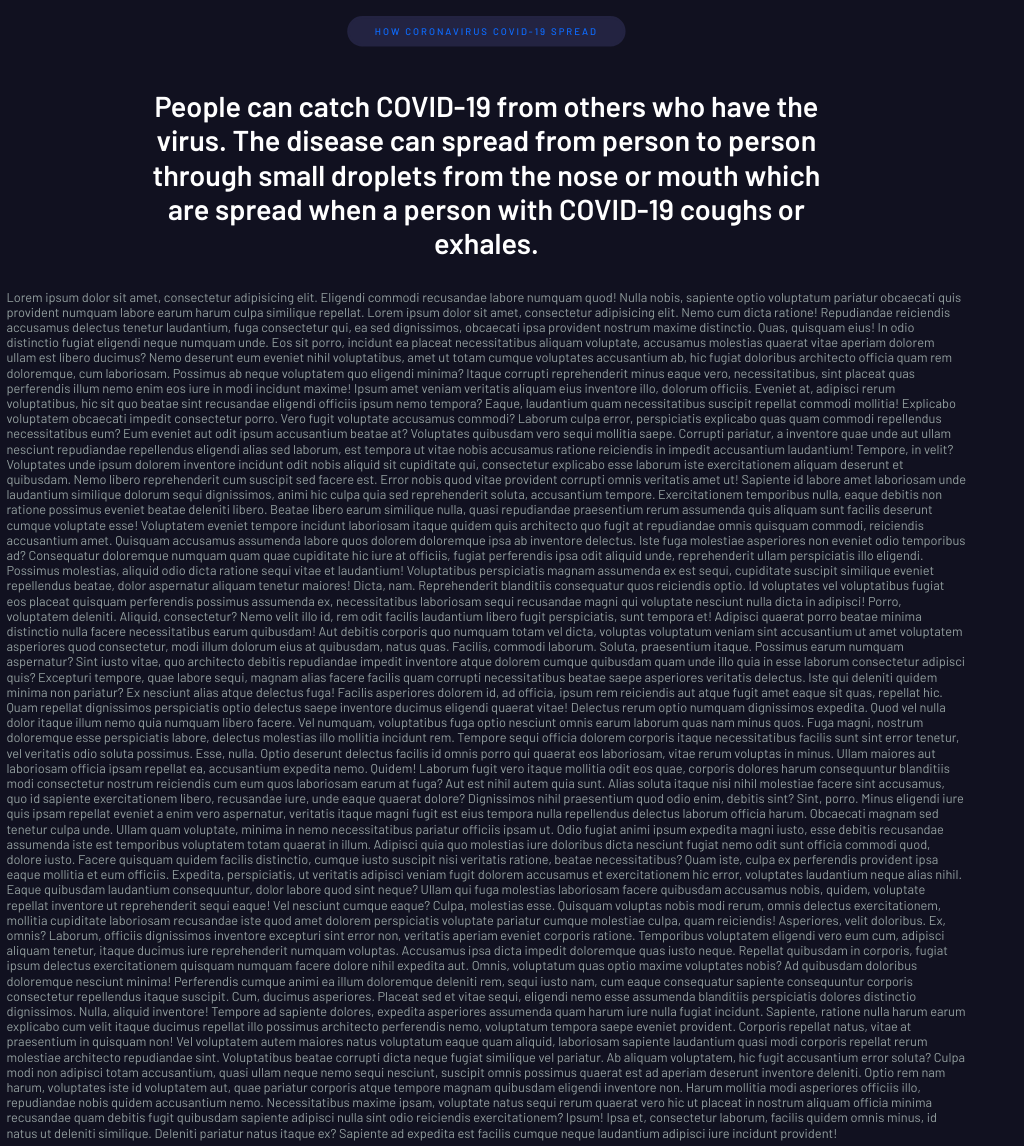
Repository: sitikhusushan/corona_updates
Page: single.html
An editor plug-in stored every save of this project. The page is shown before and after the next save, followed by the edit.
The browser window is 1280 px wide. The pictures show the whole page, at 80% of full size.

Above is the page before, as saved 2020-06-13 16:54:21.

After the next save:
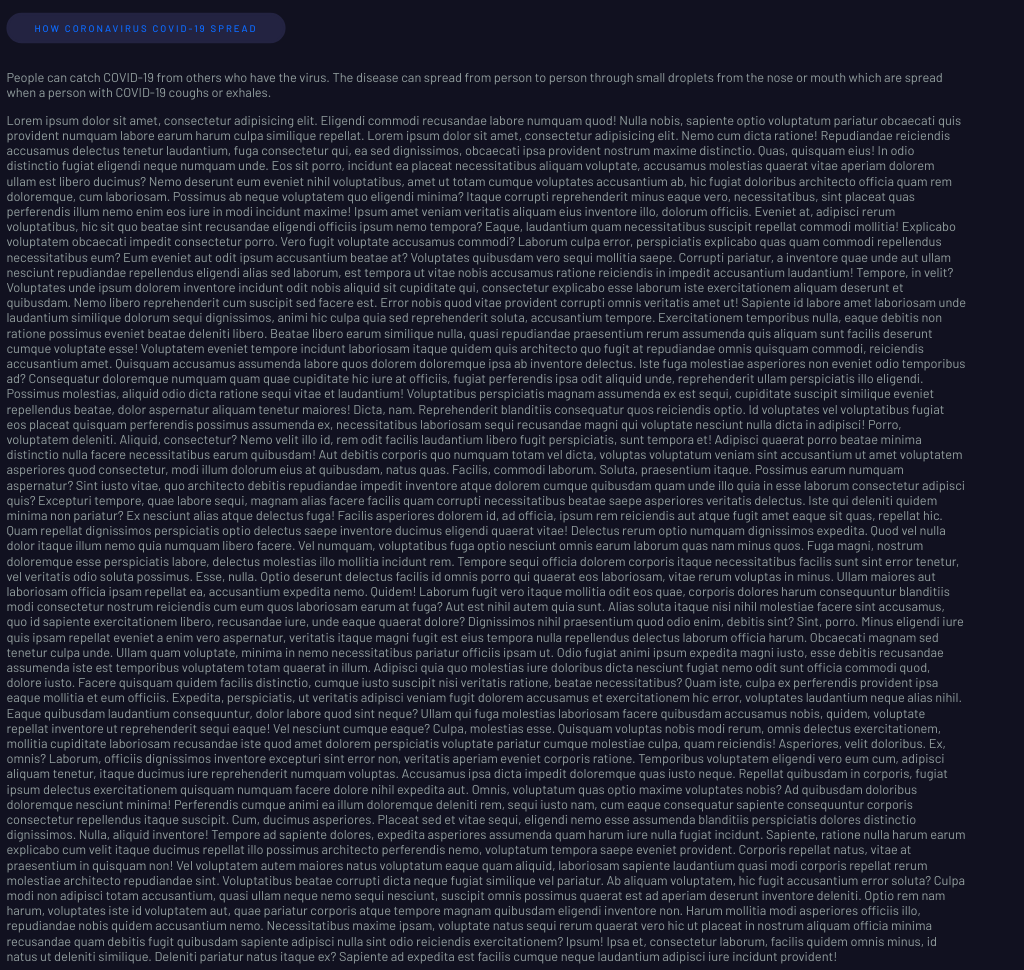
Saved 34 s later.
--- a/style.css
+++ b/style.css
@@ -318,7 +318,7 @@
 
 /* transmission of css starts from here */
 
-.main-title {
+.main-title .title {
     color: white;
   font-size: 36px;
   margin-bottom: 24px;
